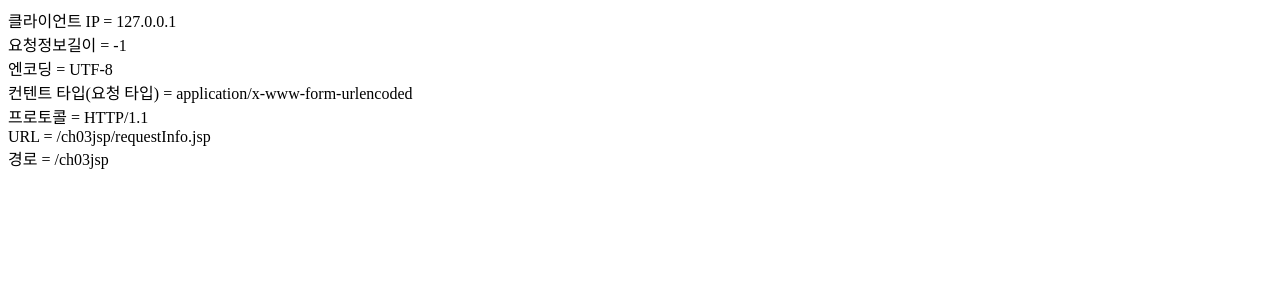
Repository: xo461/test
Page: http://localhost/ch03jsp/requestInfo.jsp
These files come from the project's save history. The page is drawn as it stood at one moment and after the next save; the edit follows.
The browser window is 1280 px wide. The pictures show the whole page.
The page is served by Tomcat 9.

Above is the page before, as saved 2019-11-13 01:51:17.

After the next save:
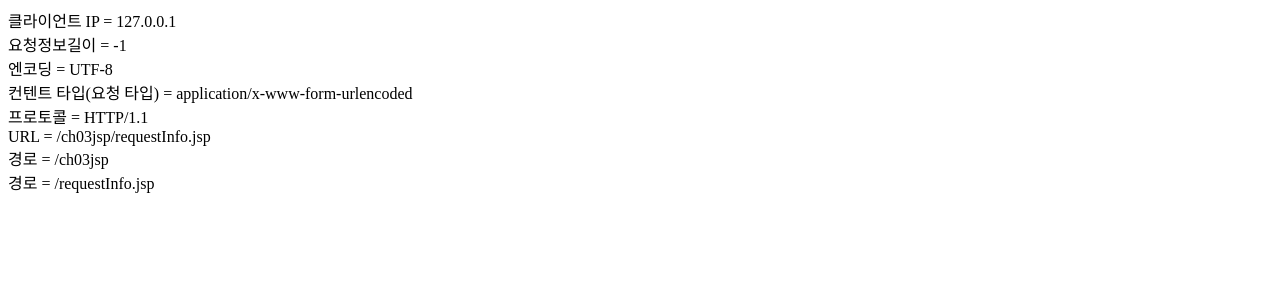
Saved 30 s later.
--- a/jsp/ch03jsp/WebContent/requestInfo.jsp
+++ b/jsp/ch03jsp/WebContent/requestInfo.jsp
@@ -18,5 +18,6 @@
 프로토콜 = <%= request.getProtocol() %><br/>
 URL = <%= request.getRequestURI() %><br/>
 경로 = <%= request.getContextPath() %><br/>
+경로 = <%= request.getServletPath() %><br/>
 </body>
 </html>
